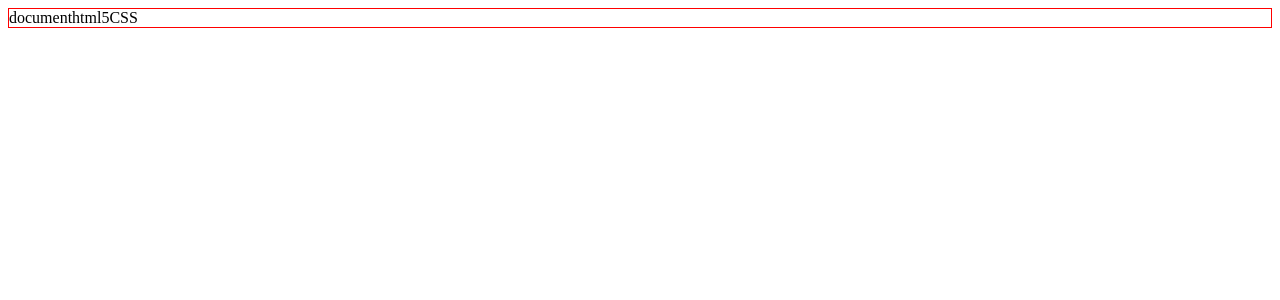
Repository: rightsecond3/java52
Page: workspace_script/dev_html/WebContent/js_document/document_1.html
The author's editor kept a copy of each file at every save. The page is drawn from the files as they stood at one save, then again after the next save.
The browser window is 1280 px wide. The pictures show the whole page.

Above is the page before, as saved 2019-06-12 03:44:40.

### workspace_script/dev_html/WebContent/js_document/document_1.html
<!DOCTYPE html>
<html>
<head>
<meta charset="UTF-8">
<title>Insert title here</title>
<!-- 외부의 jsp를 가져올 것이면 헤더 태그에 사용 -->
    <script>
    // html태그를 자바스크립트 코드를 통해서 접근하고 제어 할 수 있다.
    // 자바스크립트도 오픈소스(자바스크립트 프레임워크 발전 - node.js, angular.js
    //                                                 ,react.js, vue.js)가 있다
    // document는 모든 태그의 최상위 객체이다.- documnet_1.html
    </script>
</head>
<body>
<!-- 내부에서만 사용할 것이면 바디에서 사용 -->
<!-- style과 script의  순서를 바꾸어도 document는 DOM트리의 최상위기 때문에 접근 가능-->
    <style>
    	#parent {
    		border : 1px solid red;
    	}
    </style>
    <script>
    /* 자바 스크립트를 이용 document 객체의 API를 이용해서 div를 실행시킬 수 잇다. */
    // write -> 브라우저에 텍스트를 써주는 함수
        document.write("<div id='parent'>");
        document.write("document", "html5", "CSS");
        document.write("</div>");
    </script>
</body>
</html>

After the next save:
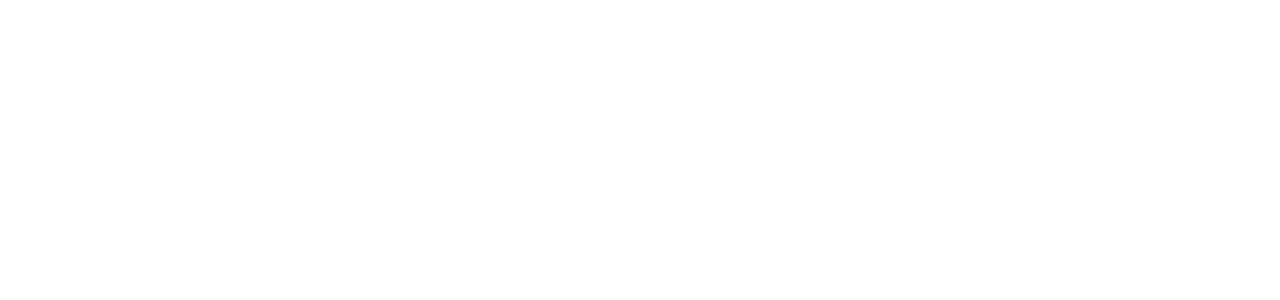
Console error: SyntaxError: Unexpected token '<'
Saved 28 s later.
--- a/workspace_script/dev_html/WebContent/js_document/document_1.html
+++ b/workspace_script/dev_html/WebContent/js_document/document_1.html
@@ -23,7 +23,7 @@
     /* 자바 스크립트를 이용 document 객체의 API를 이용해서 div를 실행시킬 수 잇다. */
     // write -> 브라우저에 텍스트를 써주는 함수
         document.write("<div id='parent'>");
-        document.write("document", "html5", "CSS");
+        document.write("document",<font>,"html5",<font>,"CSS");
         document.write("</div>");
     </script>
 </body>

After the 3 saves that followed:
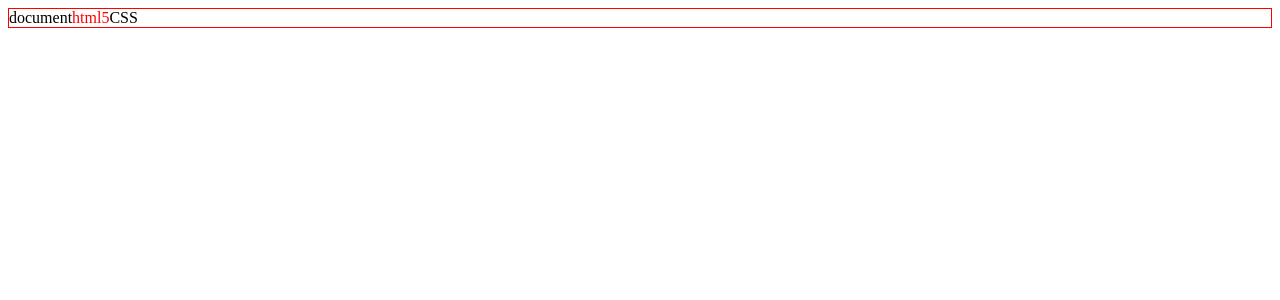
The error is gone.
The 3 saves are shown as one change because 2 left the picture as it was.
The last was saved 83 s later.
--- a/workspace_script/dev_html/WebContent/js_document/document_1.html
+++ b/workspace_script/dev_html/WebContent/js_document/document_1.html
@@ -23,7 +23,7 @@
     /* 자바 스크립트를 이용 document 객체의 API를 이용해서 div를 실행시킬 수 잇다. */
     // write -> 브라우저에 텍스트를 써주는 함수
         document.write("<div id='parent'>");
-        document.write("document",<font>,"html5",<font>,"CSS");
+        document.write("document","<font color='red'>","html5","</font>","CSS");
         document.write("</div>");
     </script>
 </body>
